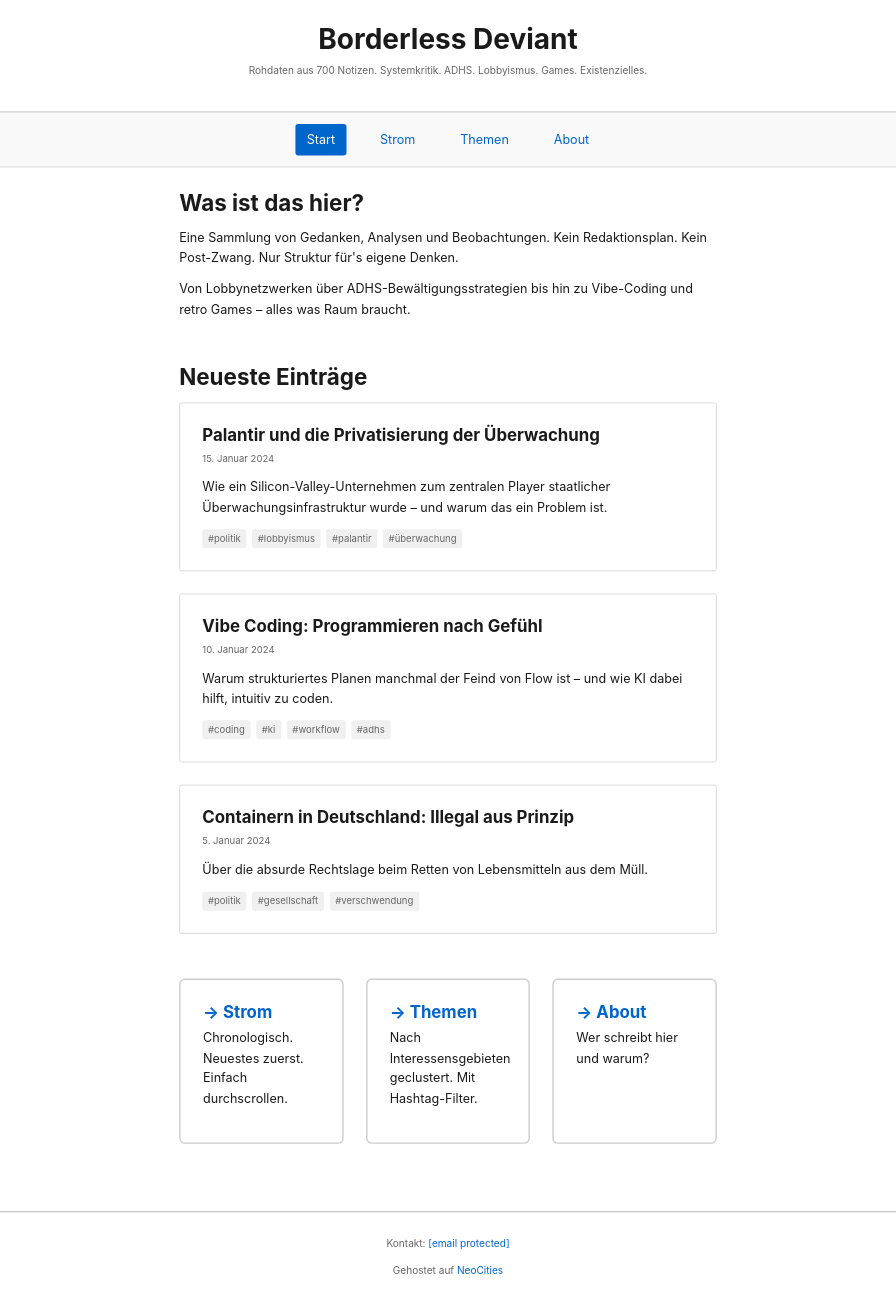
Repository: dev-without-borders/borderless-deviant
Page: index.html
An editor plug-in stored every save of this project. The page is shown before and after the next save, followed by the edit.
The browser window is 1280 px wide. The pictures show the whole page, at 70% of full size.

Above is the page before, as saved 2025-11-24 19:36:54.

### index.html
<!DOCTYPE html>
<html lang="de">
<head>
    <meta charset="UTF-8">
    <meta name="viewport" content="width=device-width, initial-scale=1.0">
    <title>Borderless Deviant</title>
    <link rel="stylesheet" href="css/base.css">
    <link rel="stylesheet" href="css/layout.css">
</head>
<body>
    <header class="site-header">
        <h1>Borderless Deviant</h1>
        <p class="tagline">Rohdaten aus 700 Notizen. Systemkritik. ADHS. Lobbyismus. Games. Existenzielles.</p>
    </header>

    <nav class="main-nav">
        <a href="index.html" class="active">Start</a>
        <a href="strom.html">Strom</a>
        <a href="themen.html">Themen</a>
        <a href="about.html">About</a>
    </nav>

    <main class="container">
        <section class="intro">
            <h2>Was ist das hier?</h2>
            <p>
                Eine Sammlung von Gedanken, Analysen und Beobachtungen.
                Kein Redaktionsplan. Kein Post-Zwang. Nur Struktur für's eigene Denken.
            </p>
            <p>
                Von Lobbynetzwerken über ADHS-Bewältigungsstrategien bis hin zu
                Vibe-Coding und retro Games – alles was Raum braucht.
            </p>
        </section>

        <section class="recent-posts">
            <h2>Neueste Einträge</h2>
            <div id="recent-posts-list">
                <!-- Wird von JavaScript gefüllt -->
            </div>
        </section>

        <section class="quick-links">
            <div class="link-box">
                <h3>→ Strom</h3>
                <p>Chronologisch. Neuestes zuerst. Einfach durchscrollen.</p>
            </div>
            <div class="link-box">
                <h3>→ Themen</h3>
                <p>Nach Interessensgebieten geclustert. Mit Hashtag-Filter.</p>
            </div>
            <div class="link-box">
                <h3>→ About</h3>
                <p>Wer schreibt hier und warum?</p>
            </div>
        </section>
    </main>

    <footer class="site-footer">
        <p>Kontakt: <a href="mailto:[email protected]">[email protected]</a></p>
        <p>Gehostet auf <a href="https://neocities.org">NeoCities</a></p>
    </footer>

    <script src="js/posts.js"></script>
    <script>
        // Zeige die 3 neuesten Posts auf der Startseite
        loadRecentPosts(3, 'recent-posts-list');
    </script>
</body>
</html>

### css/base.css
/* ========================================
   RESET & BASICS
   ======================================== */

* {
    margin: 0;
    padding: 0;
    box-sizing: border-box;
}

:root {
    /* Farben - Platzhalter, später anpassen */
    --color-bg: #ffffff;
    --color-text: #1a1a1a;
    --color-accent: #0066cc;
    --color-muted: #666666;
    --color-border: #cccccc;

    /* Spacing */
    --space-xs: 0.5rem;
    --space-sm: 1rem;
    --space-md: 2rem;
    --space-lg: 4rem;

    /* Typography */
    --font-body: -apple-system, BlinkMacSystemFont, "Segoe UI", Roboto, sans-serif;
    --font-mono: "Courier New", Courier, monospace;

    --font-size-base: 18px;
    --line-height: 1.6;
}

body {
    font-family: var(--font-body);
    font-size: var(--font-size-base);
    line-height: var(--line-height);
    color: var(--color-text);
    background: var(--color-bg);
}

/* ========================================
   TYPOGRAPHY
   ======================================== */

h1, h2, h3, h4, h5, h6 {
    line-height: 1.2;
    margin-bottom: var(--space-sm);
}

h1 { font-size: 2.5rem; }
h2 { font-size: 2rem; }
h3 { font-size: 1.5rem; }

p {
    margin-bottom: var(--space-sm);
}

a {
    color: var(--color-accent);
    text-decoration: none;
}

a:hover {
    text-decoration: underline;
}

ul, ol {
    margin-left: var(--space-md);
    margin-bottom: var(--space-sm);
}

code {
    font-family: var(--font-mono);
    background: #f4f4f4;
    padding: 0.2em 0.4em;
    border-radius: 3px;
}

/* ========================================
   HEADER & FOOTER
   ======================================== */

.site-header {
    padding: var(--space-md) var(--space-sm);
    border-bottom: 2px solid var(--color-border);
    text-align: center;
}

.site-header h1 {
    margin-bottom: var(--space-xs);
}

.site-header h1 a {
    color: var(--color-text);
}

.tagline {
    color: var(--color-muted);
    font-size: 0.9rem;
}

.site-footer {
    margin-top: var(--space-lg);
    padding: var(--space-md) var(--space-sm);
    border-top: 2px solid var(--color-border);
    text-align: center;
    color: var(--color-muted);
    font-size: 0.9rem;
}

/* ========================================
   NAVIGATION
   ======================================== */

.main-nav {
    display: flex;
    justify-content: center;
    gap: var(--space-md);
    padding: var(--space-sm);
    background: #f9f9f9;
    border-bottom: 1px solid var(--color-border);
}

.main-nav a {
    padding: var(--space-xs) var(--space-sm);
    border-radius: 4px;
    transition: background 0.2s;
}

.main-nav a:hover {
    background: #e9e9e9;
    text-decoration: none;
}

.main-nav a.active {
    background: var(--color-accent);
    color: white;
}

/* ========================================
   LAYOUT CONTAINERS
   ======================================== */

.container {
    max-width: 800px;
    margin: 0 auto;
    padding: var(--space-md) var(--space-sm);
}

.page-header {
    margin-bottom: var(--space-md);
    padding-bottom: var(--space-sm);
    border-bottom: 1px solid var(--color-border);
}

/* ========================================
   RESPONSIVE
   ======================================== */

@media (max-width: 768px) {
    :root {
        --font-size-base: 16px;
    }

    .main-nav {
        flex-wrap: wrap;
        gap: var(--space-sm);
    }

    h1 { font-size: 2rem; }
    h2 { font-size: 1.5rem; }
}

### css/layout.css
/* ========================================
   INTRO SECTION (Index)
   ======================================== */

.intro {
    margin-bottom: var(--space-lg);
}

/* ========================================
   QUICK LINKS (Index)
   ======================================== */

.quick-links {
    display: grid;
    grid-template-columns: repeat(auto-fit, minmax(200px, 1fr));
    gap: var(--space-md);
    margin-top: var(--space-lg);
}

.link-box {
    padding: var(--space-md);
    border: 2px solid var(--color-border);
    border-radius: 8px;
    transition: transform 0.2s, border-color 0.2s;
}

.link-box:hover {
    transform: translateY(-2px);
    border-color: var(--color-accent);
}

.link-box h3 {
    color: var(--color-accent);
    margin-bottom: var(--space-xs);
}

/* ========================================
   POST PREVIEW CARD
   ======================================== */

.post-card {
    margin-bottom: var(--space-md);
    padding: var(--space-md);
    border: 1px solid var(--color-border);
    border-radius: 4px;
    transition: box-shadow 0.2s;
}

.post-card:hover {
    box-shadow: 0 2px 8px rgba(0,0,0,0.1);
}

.post-card h3 {
    margin-bottom: var(--space-xs);
}

.post-card h3 a {
    color: var(--color-text);
}

.post-card h3 a:hover {
    color: var(--color-accent);
}

.post-meta {
    font-size: 0.85rem;
    color: var(--color-muted);
    margin-bottom: var(--space-sm);
}

.post-excerpt {
    margin-bottom: var(--space-sm);
}

.post-tags {
    display: flex;
    flex-wrap: wrap;
    gap: var(--space-xs);
}

.tag {
    display: inline-block;
    padding: 0.2em 0.6em;
    background: #f0f0f0;
    border-radius: 3px;
    font-size: 0.85rem;
    color: var(--color-muted);
    cursor: pointer;
    transition: background 0.2s;
}

.tag:hover {
    background: var(--color-accent);
    color: white;
}

/* ========================================
   FILTER BAR (Strom)
   ======================================== */

.filter-bar {
    margin-bottom: var(--space-md);
    padding: var(--space-sm);
    background: #f9f9f9;
    border-radius: 4px;
    display: flex;
    align-items: center;
    gap: var(--space-sm);
}

.filter-bar select {
    padding: 0.5em 1em;
    border: 1px solid var(--color-border);
    border-radius: 4px;
    font-family: var(--font-body);
    font-size: 1rem;
}

/* ========================================
   THEME CLUSTERS (Themen)
   ======================================== */

.theme-cluster {
    margin-bottom: var(--space-lg);
}

.theme-cluster h3 {
    margin-bottom: var(--space-sm);
    padding-bottom: var(--space-xs);
    border-bottom: 2px solid var(--color-accent);
}

.cluster-tags {
    display: flex;
    flex-wrap: wrap;
    gap: var(--space-sm);
    margin-bottom: var(--space-sm);
}

.cluster-tag {
    padding: 0.5em 1em;
    background: #f0f0f0;
    border-radius: 4px;
    cursor: pointer;
    transition: all 0.2s;
}

.cluster-tag:hover {
    background: var(--color-accent);
    color: white;
    transform: translateY(-2px);
}

.cluster-tag .count {
    font-size: 0.85em;
    color: var(--color-muted);
}

.cluster-tag:hover .count {
    color: rgba(255,255,255,0.8);
}

/* ========================================
   POST ARTICLE (Einzelartikel)
   ======================================== */

.post-article {
    max-width: 700px;
    margin: 0 auto;
}

.post-header {
    margin-bottom: var(--space-md);
}

.post-header h1 {
    margin-bottom: var(--space-xs);
}

.post-content {
    margin-bottom: var(--space-lg);
}

.post-content h2 {
    margin-top: var(--space-md);
    margin-bottom: var(--space-sm);
}

.post-content h3 {
    margin-top: var(--space-sm);
}

.post-footer {
    margin-top: var(--space-lg);
    padding-top: var(--space-md);
    border-top: 1px solid var(--color-border);
}

/* ========================================
   ABOUT PAGE
   ======================================== */

.about-content section {
    margin-bottom: var(--space-lg);
}

### js/posts.js
// ========================================
// POSTS LADEN & VERWALTEN
// ========================================

let postsData = null;

// Posts.json laden
async function loadPostsData() {
    if (postsData) return postsData;

    try {
        const response = await fetch('api/posts.json');
        postsData = await response.json();
        return postsData;
    } catch (error) {
        console.error('Fehler beim Laden der Posts:', error);
        return { posts: [], themes: {} };
    }
}

// Neueste Posts anzeigen (für index.html)
async function loadRecentPosts(count, containerId) {
    const data = await loadPostsData();
    const container = document.getElementById(containerId);

    if (!container) return;

    // Sortiere nach Datum (neueste zuerst)
    const recentPosts = data.posts
        .sort((a, b) => new Date(b.date) - new Date(a.date))
        .slice(0, count);

    if (recentPosts.length === 0) {
        container.innerHTML = '<p>Noch keine Posts vorhanden.</p>';
        return;
    }

    container.innerHTML = recentPosts.map(post => createPostCard(post)).join('');
}

// Alle Posts anzeigen (für strom.html)
async function loadAllPosts(containerId) {
    const data = await loadPostsData();
    const container = document.getElementById(containerId);

    if (!container) return;

    const sortedPosts = data.posts.sort((a, b) => new Date(b.date) - new Date(a.date));

    if (sortedPosts.length === 0) {
        container.innerHTML = '<p>Noch keine Posts vorhanden.</p>';
        return;
    }

    container.innerHTML = sortedPosts.map(post => createPostCard(post)).join('');
}

// Post-Card HTML generieren
function createPostCard(post) {
    const dateFormatted = new Date(post.date).toLocaleDateString('de-DE', {
        year: 'numeric',
        month: 'long',
        day: 'numeric'
    });

    const tagsHtml = post.tags
        .map(tag => `<span class="tag" data-tag="${tag}">${tag}</span>`)
        .join('');

    return `
        <article class="post-card">
            <h3><a href="${post.file}">${post.title}</a></h3>
            <div class="post-meta">
                <time datetime="${post.date}">${dateFormatted}</time>
            </div>
            <p class="post-excerpt">${post.excerpt}</p>
            <div class="post-tags">${tagsHtml}</div>
        </article>
    `;
}

// Datum formatieren
function formatDate(dateString) {
    return new Date(dateString).toLocaleDateString('de-DE', {
        year: 'numeric',
        month: 'long',
        day: 'numeric'
    });
}

### api/posts.json
{
  "posts": [
    {
      "id": "beispiel-2024-01",
      "title": "Palantir und die Privatisierung der Überwachung",
      "date": "2024-01-15",
      "file": "posts/2024-01-beispiel.html",
      "tags": ["#politik", "#lobbyismus", "#palantir", "#überwachung"],
      "theme": "politik",
      "excerpt": "Wie ein Silicon-Valley-Unternehmen zum zentralen Player staatlicher Überwachungsinfrastruktur wurde – und warum das ein Problem ist."
    },
    {
      "id": "vibe-coding-intro",
      "title": "Vibe Coding: Programmieren nach Gefühl",
      "date": "2024-01-10",
      "file": "posts/2024-01-vibe-coding.html",
      "tags": ["#coding", "#ki", "#workflow", "#adhs"],
      "theme": "wissen",
      "excerpt": "Warum strukturiertes Planen manchmal der Feind von Flow ist – und wie KI dabei hilft, intuitiv zu coden."
    },
    {
      "id": "containern-deutschland",
      "title": "Containern in Deutschland: Illegal aus Prinzip",
      "date": "2024-01-05",
      "file": "posts/2024-01-containern.html",
      "tags": ["#politik", "#gesellschaft", "#verschwendung"],
      "theme": "politik",
      "excerpt": "Über die absurde Rechtslage beim Retten von Lebensmitteln aus dem Müll."
    }
  ],
  "themes": {
    "politik": {
      "name": "Politik & Weltschmerz",
      "description": "Systemkritik, Lobbyismus, gesellschaftliche Missstände"
    },
    "wissen": {
      "name": "Wissen & Lernen",
      "description": "KI, Coding, Workflows, Prompten"
    },
    "kultur": {
      "name": "Unterhaltung & Kultur",
      "description": "Games, Retro-Tech, geile Sachen mit KI"
    },
    "philosophie": {
      "name": "Düt & Dat",
      "description": "Existenzielles, Baustellen, Arbeitsmoral"
    }
  }
}

After the next save:
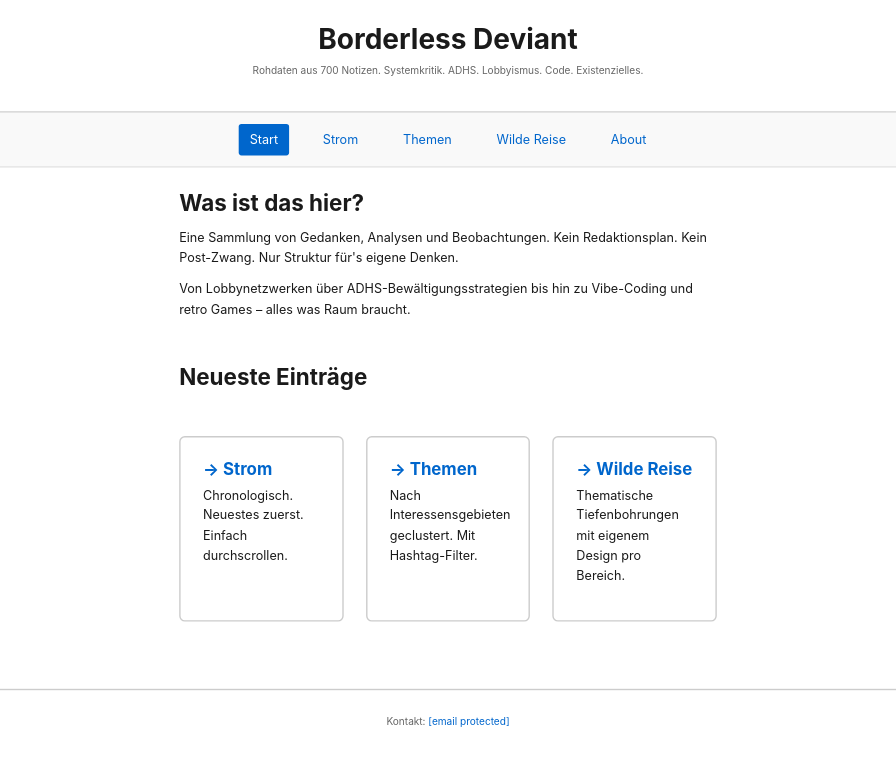
Saved 23 min 34 s later.
--- a/index.html
+++ b/index.html
@@ -10,13 +10,14 @@
 <body>
     <header class="site-header">
         <h1>Borderless Deviant</h1>
-        <p class="tagline">Rohdaten aus 700 Notizen. Systemkritik. ADHS. Lobbyismus. Games. Existenzielles.</p>
+        <p class="tagline">Rohdaten aus 700 Notizen. Systemkritik. ADHS. Lobbyismus. Code. Existenzielles.</p>
     </header>
 
     <nav class="main-nav">
         <a href="index.html" class="active">Start</a>
         <a href="strom.html">Strom</a>
         <a href="themen.html">Themen</a>
+        <a href="wilde-reise.html">Wilde Reise</a>
         <a href="about.html">About</a>
     </nav>
 
@@ -50,21 +51,19 @@
                 <p>Nach Interessensgebieten geclustert. Mit Hashtag-Filter.</p>
             </div>
             <div class="link-box">
-                <h3>→ About</h3>
-                <p>Wer schreibt hier und warum?</p>
+                <h3>→ Wilde Reise</h3>
+                <p>Thematische Tiefenbohrungen mit eigenem Design pro Bereich.</p>
             </div>
         </section>
     </main>
 
     <footer class="site-footer">
         <p>Kontakt: <a href="mailto:[email protected]">[email protected]</a></p>
-        <p>Gehostet auf <a href="https://neocities.org">NeoCities</a></p>
     </footer>
 
     <script src="js/posts.js"></script>
     <script>
-        // Zeige die 3 neuesten Posts auf der Startseite
-        loadRecentPosts(3, 'recent-posts-list');
+        loadRecentPosts('recent-posts-list', 5);
     </script>
 </body>
 </html>
